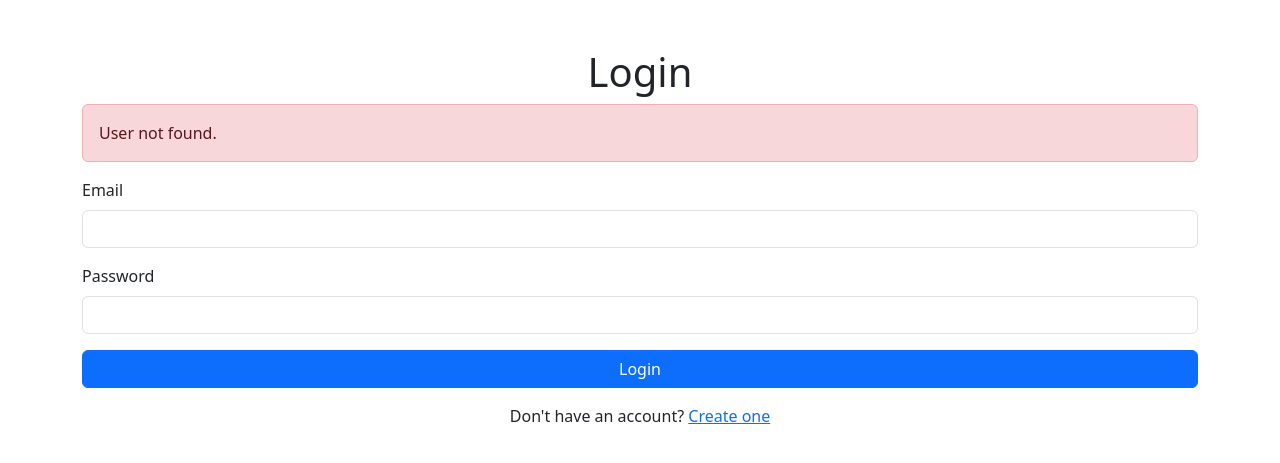
Repository: Abdulahi338/Book-management-system
Page: http://localhost/book/login.php
An editor plug-in stored every save of this project. The page is shown before and after the next save, followed by the edit.
The browser window is 1280 px wide. The pictures show the whole page.
The page is run by PHP 8.4 with error messages shown; the project is at /var/www/html/.

Above is the page before, as saved 2024-08-22 18:46:46.

### login.php
<?php
session_start();
include "conn.php"; // Include your database connection
$error = ""; // Initialize error variable

if (isset($_POST['Login'])) {
    $email = $_POST['email'];
    $password = $_POST['password'];
    $id='';
    $role_name='';
    $user[]='';

    // Fetch the user from the database
    $sql = $conn->Query("SELECT * FROM users WHERE email = ?");
    if($sql){
    $result = $sql->get_result();
    $user = $result->fetch_assoc();
    $id = $user['id'];
  }

// Fetch the role of the user
        $sql2 = $conn->Query("SELECT role_name FROM roles WHERE user_id =$id");
        if($sql2){
            $role = $sql2->fetch_assoc();
            $role_name = $role['role_name'];
        }
         // Verify the password
        if (password_verify($password, $user['password'])) {
            // Set session variables
            $_SESSION['user_id'] = $user['id'];
            $_SESSION['email'] = $user['email'];
            $_SESSION['role'] = $role_name;

            // Redirect to dashboard
            header("Location: index.php");
            exit();
        } else {
            $error = "Invalid password.";
        }
    } else {
        $error = "User not found.";
    }

?>

<!DOCTYPE html>
<html lang="en">
<head>
    <meta charset="UTF-8">
    <meta name="viewport" content="width=device-width, initial-scale=1.0">
    <title>Login</title>
    <link rel="stylesheet" href="https://cdn.jsdelivr.net/npm/bootstrap@5.3.0/dist/css/bootstrap.min.css">
</head>
<body>
<div class="container mt-5">
    <h1 class="text-center">Login</h1>
    <?php if ($error): ?>
        <div class="alert alert-danger"><?php echo $error; ?></div>
    <?php endif; ?>
    <form method="POST" action="">
        <div class="mb-3">
            <label for="email" class="form-label">Email</label>
            <input type="email" class="form-control" id="email" name="email" required>
        </div>
        <div class="mb-3">
            <label for="password" class="form-label">Password</label>
            <input type="password" class="form-control" id="password" name="password" required>
        </div>
        <button type="submit" name="Login" class="btn btn-primary w-100">Login</button>
        <p class="mt-3 text-center">Don't have an account? <a href="register.php">Create one</a></p>
    </form>
</div>
<script src="https://cdn.jsdelivr.net/npm/bootstrap@5.3.0/dist/js/bootstrap.bundle.min.js"></script>
</body>
</html>

### conn.php
<?php

$conn = new mysqli("localhost", "root", "", "libray1");

// Check connection
if ($conn->connect_error) {
    die("Connection failed: " . $conn->connect_error);
}

?>

After the next save:
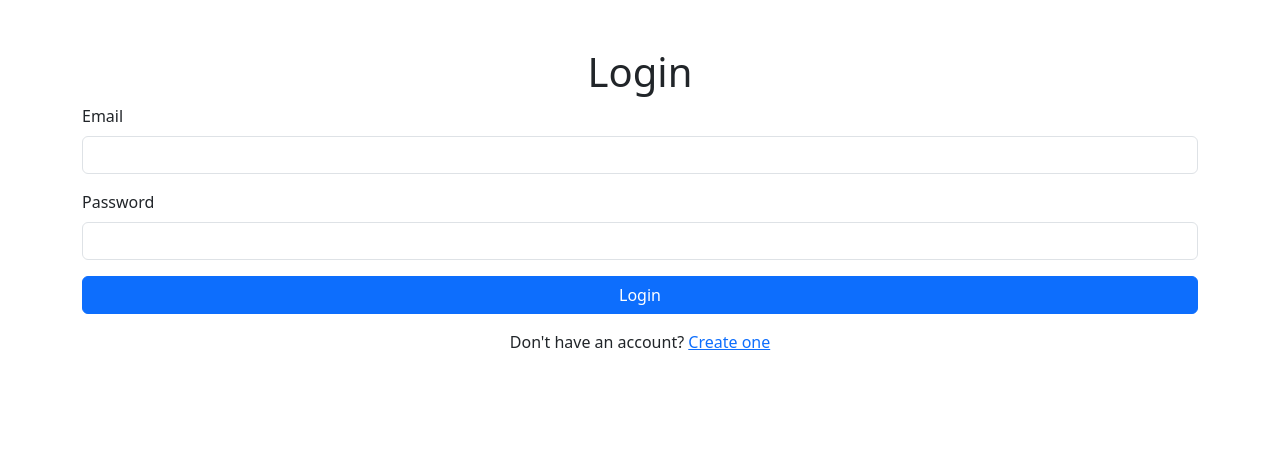
Saved 61 s later.
--- a/login.php
+++ b/login.php
@@ -6,25 +6,31 @@ $error = ""; // Initialize error variable
 if (isset($_POST['Login'])) {
     $email = $_POST['email'];
     $password = $_POST['password'];
-    $id='';
-    $role_name='';
-    $user[]='';
 
     // Fetch the user from the database
-    $sql = $conn->Query("SELECT * FROM users WHERE email = ?");
-    if($sql){
+    $sql = $conn->prepare("SELECT * FROM users WHERE email = ?");
+    $sql->bind_param('s', $email);
+    $sql->execute();
     $result = $sql->get_result();
-    $user = $result->fetch_assoc();
-    $id = $user['id'];
-  }
 
-// Fetch the role of the user
-        $sql2 = $conn->Query("SELECT role_name FROM roles WHERE user_id =$id");
-        if($sql2){
-            $role = $sql2->fetch_assoc();
+    if ($result->num_rows > 0) {
+        $user = $result->fetch_assoc();
+        $id = $user['id'];
+
+        // Fetch the role of the user
+        $sql2 = $conn->prepare("SELECT role_name FROM roles WHERE user_id = ?");
+        $sql2->bind_param('i', $id);
+        $sql2->execute();
+        $roleResult = $sql2->get_result();
+
+        if ($roleResult->num_rows > 0) {
+            $role = $roleResult->fetch_assoc();
             $role_name = $role['role_name'];
+        } else {
+            $role_name = ''; // Default if no role is found
         }
-         // Verify the password
+
+        // Verify the password
         if (password_verify($password, $user['password'])) {
             // Set session variables
             $_SESSION['user_id'] = $user['id'];
@@ -40,7 +46,7 @@ if (isset($_POST['Login'])) {
     } else {
         $error = "User not found.";
     }
-
+}
 ?>
 
 <!DOCTYPE html>
